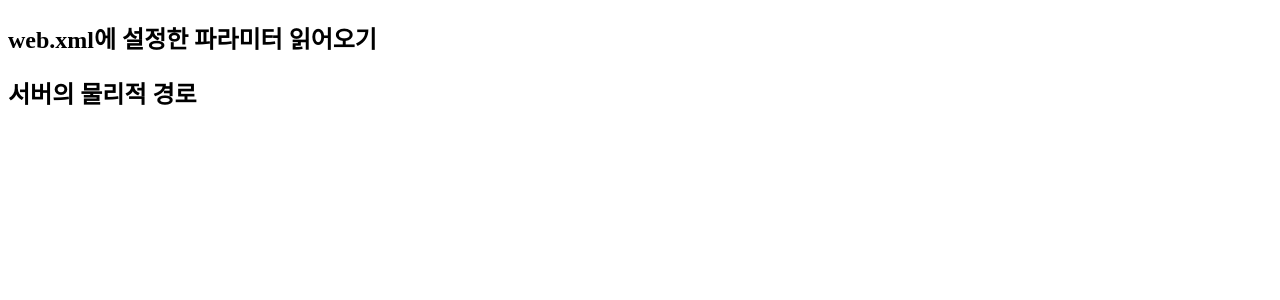
Repository: parkblacksheep/JSP-Servlet
Page: http://localhost/HelloJSP2_2/object3/applicationMain.jsp
The author's editor kept a copy of each file at every save. The page is drawn from the files as they stood at one save, then again after the next save.
The browser window is 1280 px wide. The pictures show the whole page.
The page is served by Tomcat 9.

Above is the page before, as saved 2024-07-25 06:27:53.

### HelloJSP2_2/src/main/webapp/object3/applicationMain.jsp
<%@ page language="java" contentType="text/html; charset=UTF-8"
    pageEncoding="UTF-8"%>
<%!
	public String useObject(){
		return this.getServletContext().getRealPath("object3");
	}
%>
<!DOCTYPE html>

<html>
	<head>
		<meta charset="UTF-8">
		<title>Insert title here</title>
	</head>

	<body>
		<h2>web.xml에 설정한 파라미터 읽어오기 </h2>
		<% application.getInitParameter("INIT_PARAM"); %>

		<h2>서버의 물리적 경로</h2>
		<%application.getRealPath("object3"); %>
	</body>
</html>

After the next save:
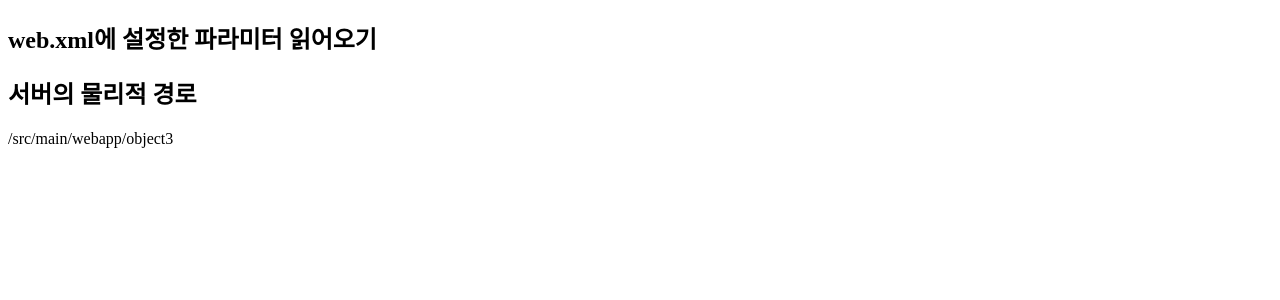
Saved 75 s later.
--- a/HelloJSP2_2/src/main/webapp/object3/applicationMain.jsp
+++ b/HelloJSP2_2/src/main/webapp/object3/applicationMain.jsp
@@ -19,5 +19,6 @@
 
 		<h2>서버의 물리적 경로</h2>
 		<%application.getRealPath("object3"); %>
+		<%= useObject() %>
 	</body>
 </html>
